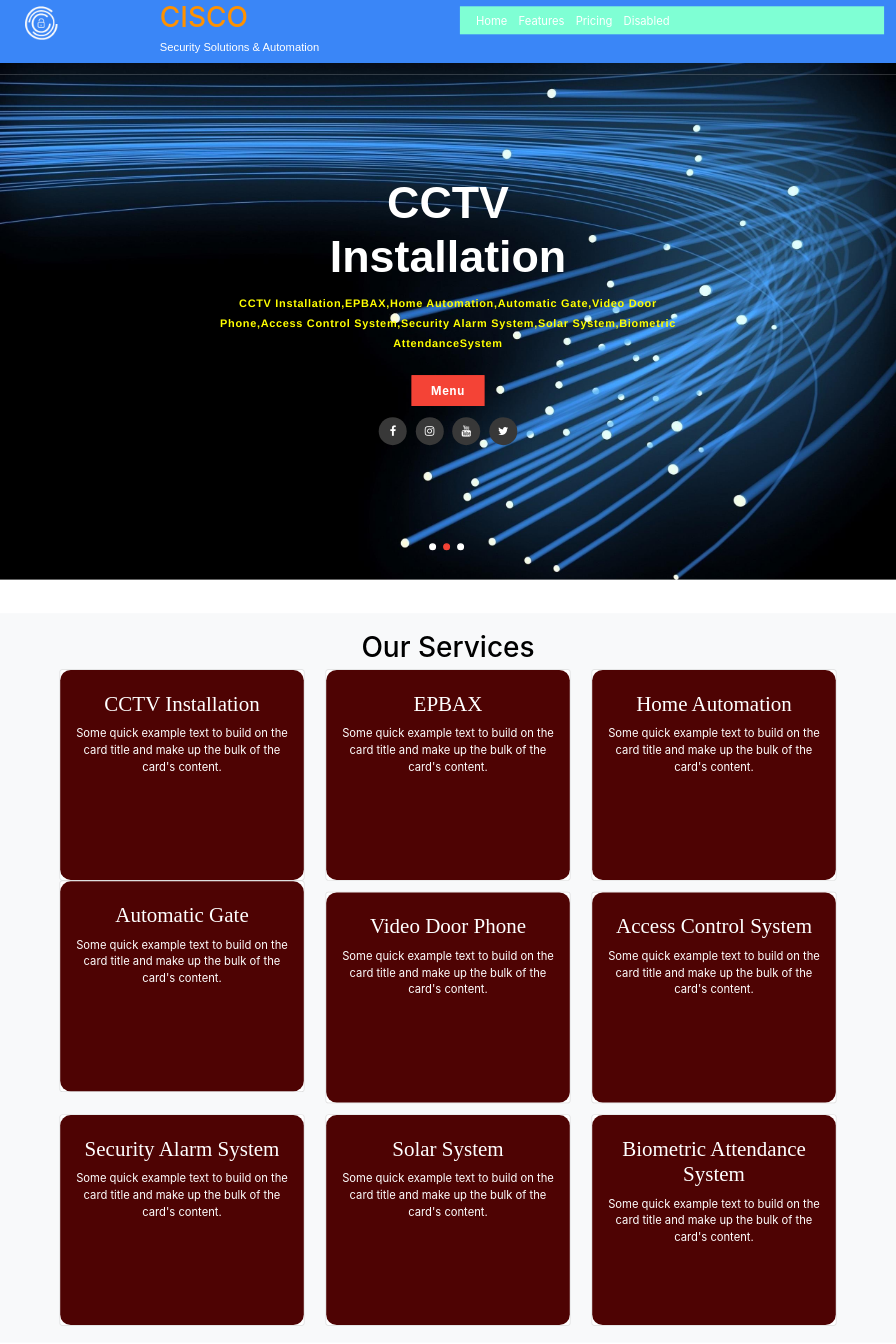
Repository: Nuhman123/Cisco
Page: index.html
An editor plug-in stored every save of this project. The page is shown before and after a run of saves, followed by the edit.
The browser window is 1280 px wide. The pictures show the part of the page from y = 0 to 1920 px (the page is 3545 px tall), at 70% of full size.

Above is the page before, as saved 2021-04-09 11:30:01.

After the next 9 saves:
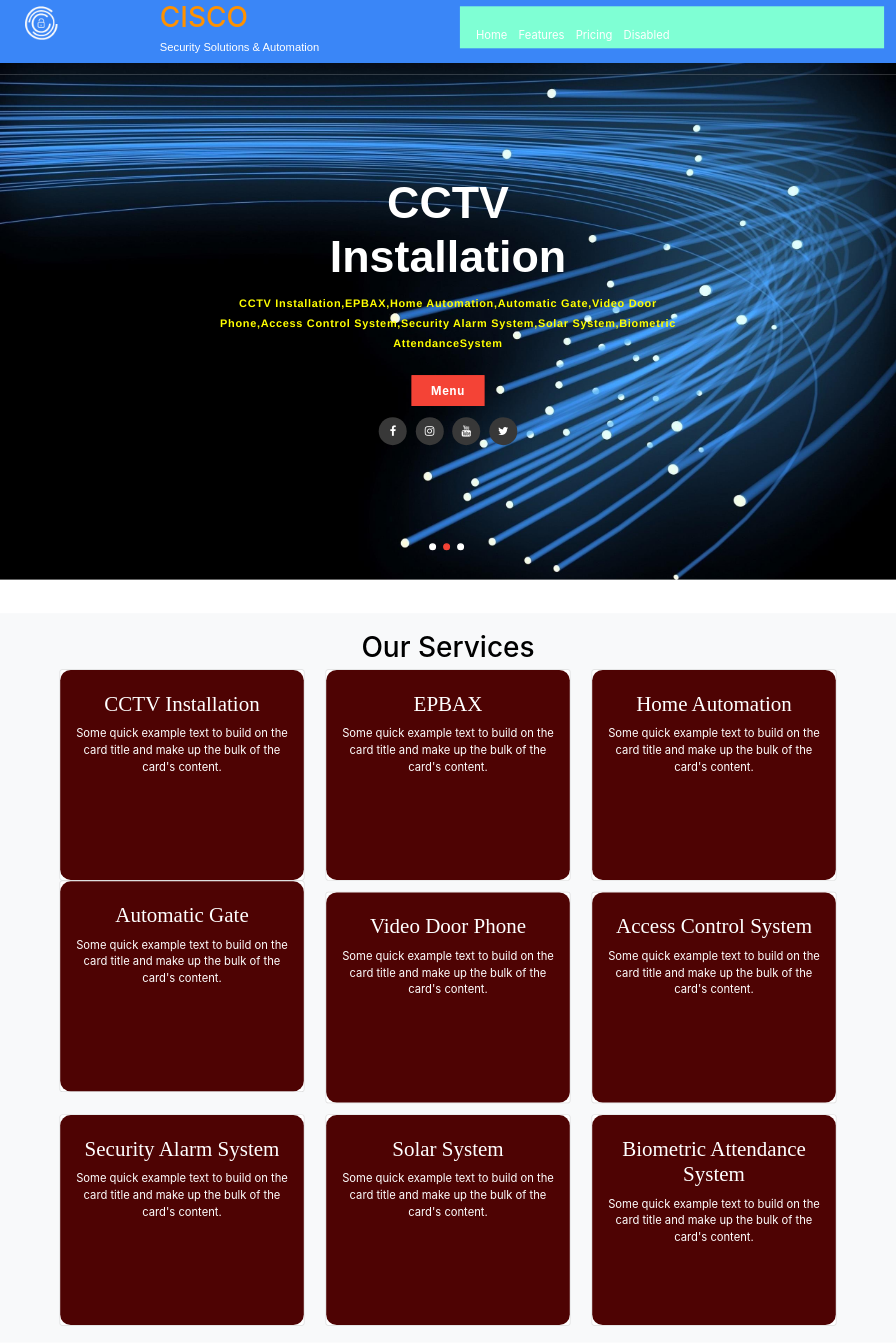
The 9 saves are shown as one change because they came seconds apart.
The last was saved 26 s later.
--- a/index.html
+++ b/index.html
@@ -76,7 +76,7 @@
 			  <span class="navbar-toggler-icon"></span>
 			</button>
 			<div class="collapse navbar-collapse" id="navbarNavAltMarkup" style="background-color: aquamarine;">
-			  <div class="navbar-nav text-center">
+			  <div class="navbar-nav text-center" style="margin-top: 20px;">
 				<a class="nav-item nav-link active" href="#" style="color: white;">Home <span class="sr-only">(current)</span></a>
 				<a class="nav-item nav-link" href="#" style="color: white;">Features</a>
 				<a class="nav-item nav-link" href="#" style="color: white;">Pricing</a>

After the 4 saves that followed:
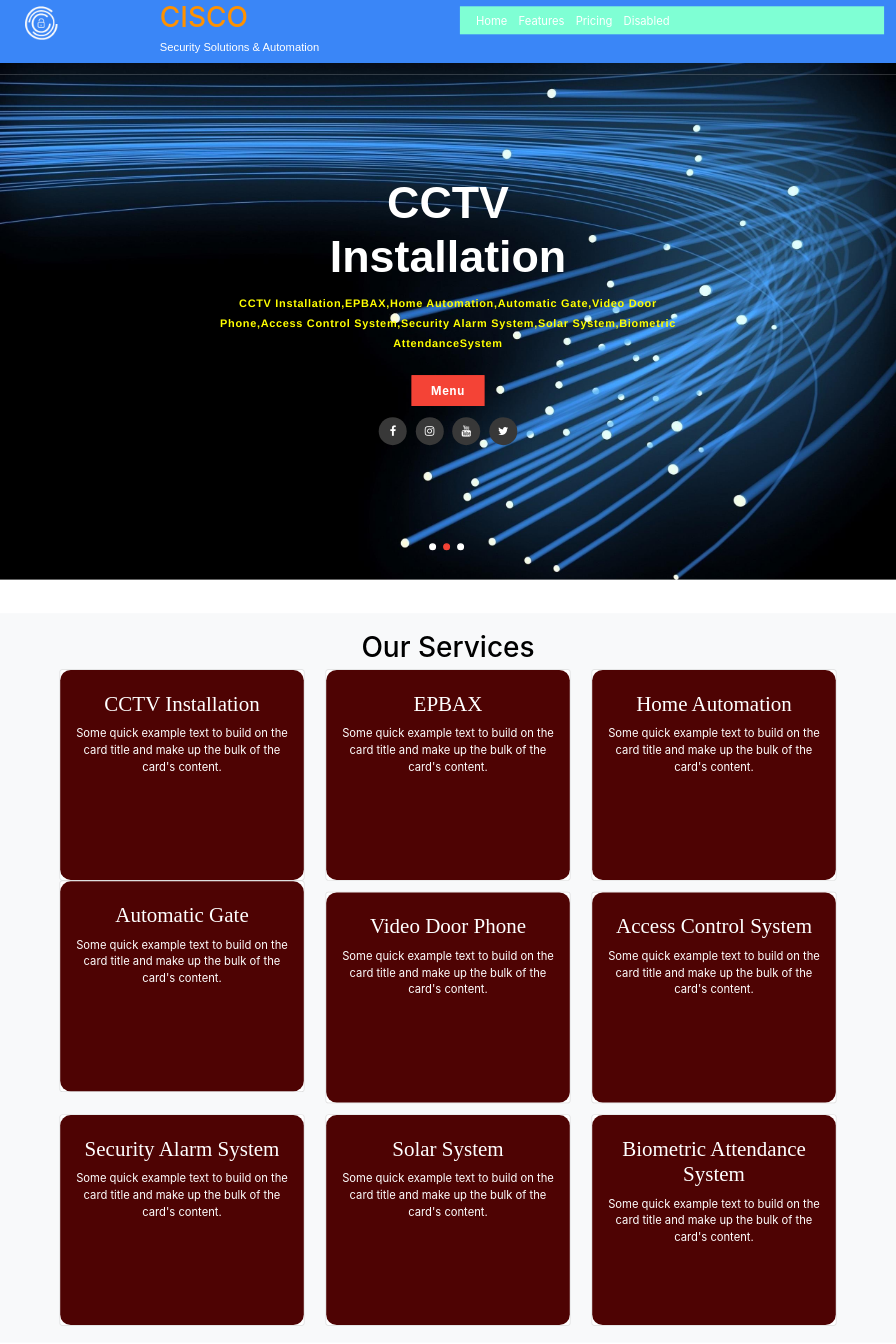
The 4 saves are shown as one change because they came seconds apart.
The last was saved 25 s later.
--- a/index.html
+++ b/index.html
@@ -76,7 +76,7 @@
 			  <span class="navbar-toggler-icon"></span>
 			</button>
 			<div class="collapse navbar-collapse" id="navbarNavAltMarkup" style="background-color: aquamarine;">
-			  <div class="navbar-nav text-center" style="margin-top: 20px;">
+			  <div class="navbar-nav text-center" st;">
 				<a class="nav-item nav-link active" href="#" style="color: white;">Home <span class="sr-only">(current)</span></a>
 				<a class="nav-item nav-link" href="#" style="color: white;">Features</a>
 				<a class="nav-item nav-link" href="#" style="color: white;">Pricing</a>
